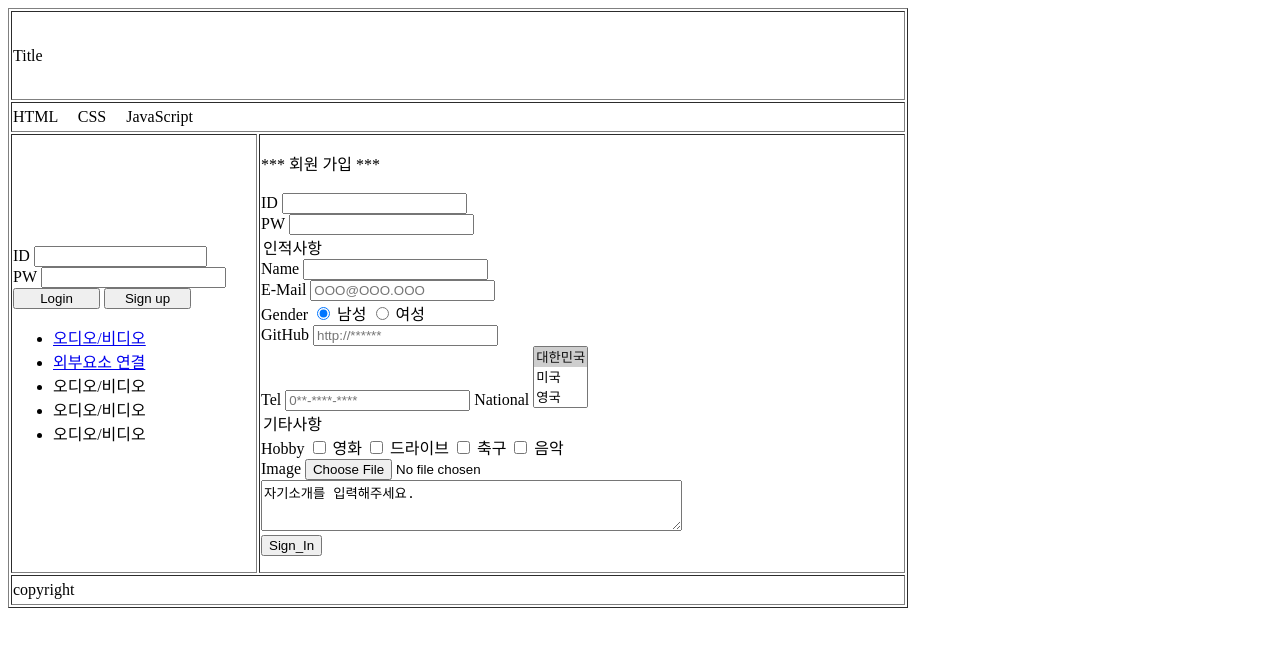
Repository: Hwangjiwon/MultiCampus
Page: http://localhost/2Study/jsp/member_insert.jsp
An editor plug-in stored every save of this project. The page is shown before and after the next save, followed by the edit.
The browser window is 1280 px wide. The pictures show the whole page.
The page is served by Tomcat 9. Other server files are loaded and not shown.

Above is the page before, as saved 2019-05-31 02:41:12.

### 2Study/WebContent/jsp/member_insert.jsp
<%@ page language="java" contentType="text/html; charset=UTF-8"
	pageEncoding="UTF-8"%>

<jsp:include page="header.jsp"></jsp:include>
<jsp:include page="side.jsp"></jsp:include>
<td>

	*** 회원 가입 *** <br> <br>

	<form action = "/2Study/Main?sign=member_insert" method="get">

		ID <input type = "text" name = "id" > <br>
		PW <input type = "text" name = "pw" > <br>
		<fildset>
			<legend>인적사항</legend>
		Name <input type = "text" name = "name"> <br>
		E-Mail <input type ="email" placeholder="OOO@OOO.OOO" /> <br>
		Gender <input type = "radio" name = gender" value = "male" checked /> 남성
			<input type = "radio" name = gender" value = "female" /> 여성 <br>
		GitHub <input type = "url" placeholder="http://******"/> <br>
		Tel <input type ="tel" pattern ="[0-9]{2,3}-[0-9]{3,4}-[0-9]{4}" placeholder ="0**-****-****"/>
		National <select name ="country" size="3">
					<option value = "Korea" selected> 대한민국 </option>
					<option value = "USA"> 미국 </option>
					<option value = "UK"> 영국 </option>
					<option value = "Japan"> 일본 </option>
					<option value = "China"> 중국 </option>
				</select> <br>
		</fildset>
		<fildset>
			<legend>기타사항</legend>
		Hobby <input type ="checkbox" name = "hobby" value = "movie" /> 영화
			<input type ="checkbox" name = "hobby" value = "drive" /> 드라이브
			<input type ="checkbox" name = "hobby" value = "soccer" /> 축구
			<input type ="checkbox" name = "hobby" value = "music" /> 음악 <br>
		Image <input type = "file" name = "filename" > <br>
		<textarea rows = "3" cols ="50" name ="memo">
자기소개를 입력해주세요.
		</textarea> <br>
		</fildset>
		<input type ="submit" value ="Sign_In">
	</form>
</td>
</tr>

<jsp:include page="copyright.jsp"></jsp:include>

### 2Study/WebContent/jsp/header.jsp
<%@ page language="java" contentType="text/html; charset=UTF-8"
	pageEncoding="UTF-8"%>
<!DOCTYPE html>
<html>
<head>
<meta charset="UTF-8">
<title>HOME</title>
</head>
<body>
	<table border="1" width="900" height="600">
		<tr height="15%">
			<td colspan="2">Title</td>
		</tr>
		<tr height="5%">
			<td colspan="2">HTML &nbsp;&nbsp;&nbsp; CSS &nbsp;&nbsp;&nbsp;
				JavaScript</td>
		</tr>

### 2Study/WebContent/jsp/side.jsp
<%@ page language="java" contentType="text/html; charset=UTF-8"
	pageEncoding="UTF-8"%>
<tr>
	<td width="20%">
		<!-- Java code가 들어갈 수 있는 부분 -->
		<%
			String username = (String)session.getAttribute("username");
			if(username != null) { //login_ok
		%>

			${username}님, 환영합니다.

		<form action="/2Study/Main?sign=logout" method="post">
			<input type="submit" value="Logout">
		</form>

		<%
			} else {
		%>
			<!-- 절대경로화 해서 서블릿으로 요청 보내기 -->
			<form style="width: 242px;" method="post" action="/2Study/Main?sign=login">
				ID <input name="id" style="width: 165px;"><br>
				PW <input name="pw" type="password"><br>
					<input type="submit" value="Login" style="width: 87px;">
					<a href = "/2Study/jsp/member_insert.jsp">
						<input type="button" value="Sign up" style="width: 87px;">
					</a>
			</form>

		<%
			}
		%>

		<ul>
			<!-- Context명부터 써줘서 절대경로화! /프로젝트명/... -->
			<li><a href="/2Study/jsp/audio_video.jsp">오디오/비디오</a></li>
			<li><a href="/2Study/jsp/iframe.jsp">외부요소 연결</a></li>
			<li>오디오/비디오</li>
			<li>오디오/비디오</li>
			<li>오디오/비디오</li>
		</ul>
	</td>

### 2Study/WebContent/jsp/copyright.jsp
<%@ page language="java" contentType="text/html; charset=UTF-8"
	pageEncoding="UTF-8"%>

<tr height="5%">
	<td colspan="2">copyright</td>
</tr>
</table>

</body>
</html>

After the next save:
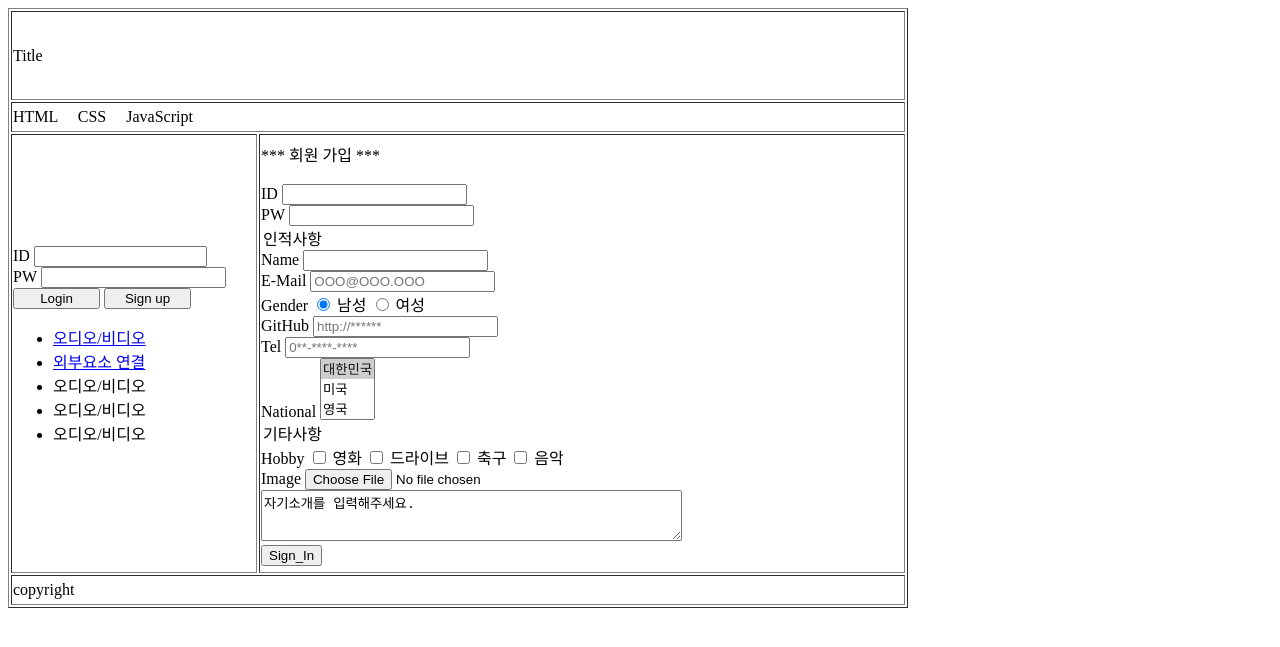
Saved 9 s later.
--- a/2Study/WebContent/jsp/member_insert.jsp
+++ b/2Study/WebContent/jsp/member_insert.jsp
@@ -18,7 +18,7 @@
 		Gender <input type = "radio" name = gender" value = "male" checked /> 남성
 			<input type = "radio" name = gender" value = "female" /> 여성 <br>
 		GitHub <input type = "url" placeholder="http://******"/> <br>
-		Tel <input type ="tel" pattern ="[0-9]{2,3}-[0-9]{3,4}-[0-9]{4}" placeholder ="0**-****-****"/>
+		Tel <input type ="tel" pattern ="[0-9]{2,3}-[0-9]{3,4}-[0-9]{4}" placeholder ="0**-****-****"/><br>
 		National <select name ="country" size="3">
 					<option value = "Korea" selected> 대한민국 </option>
 					<option value = "USA"> 미국 </option>
